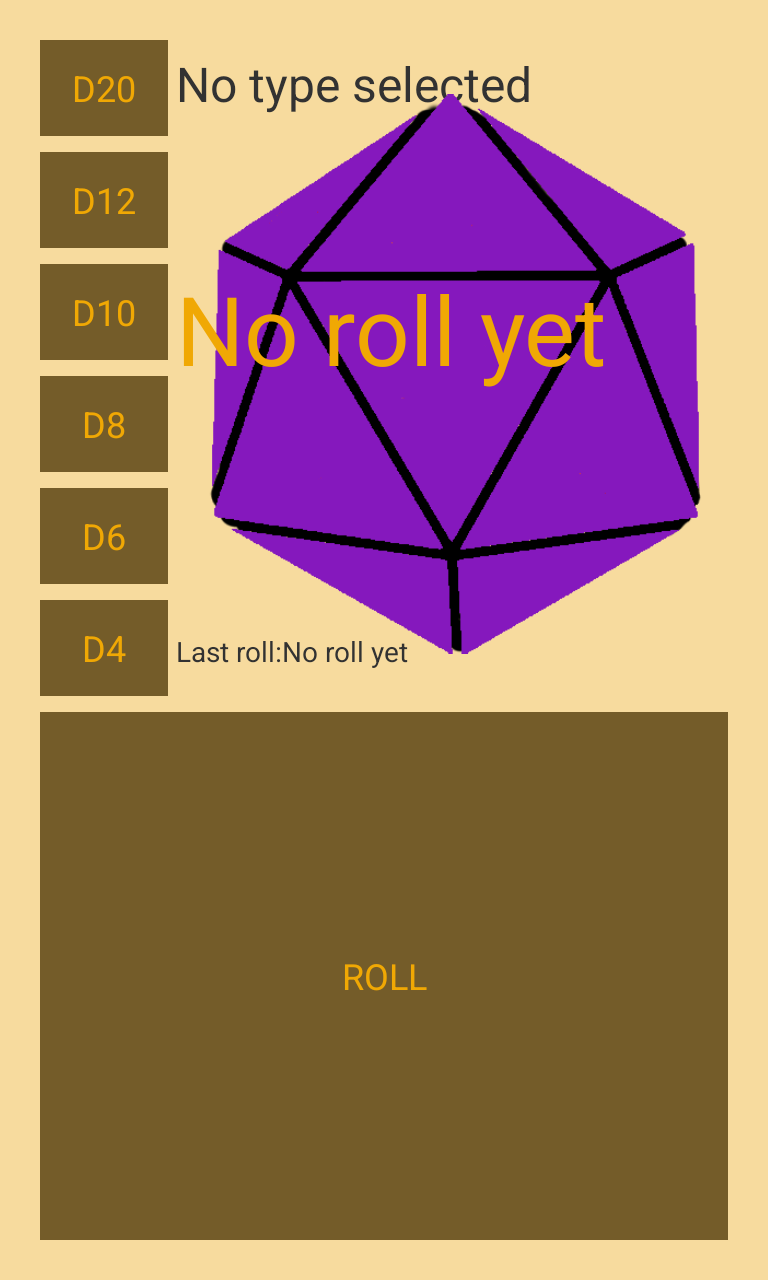
Repository: Bjodol/Roller
Layout: Roller3/res/layout/activity_main.xml
An editor plug-in stored every save of this project. The layout is shown before and after the next save, followed by the edit.
It is drawn on a 768 x 1280 px phone screen (xhdpi) without system bars, with theme AppTheme; the app's code is not run. The app's manifest (not shown) leaves right-to-left support off. So textAlignment, textDirection and layoutDirection are ignored, and left and right values win over start and end ones.

Above is the layout before, as saved 2013-08-31 09:31:52.

After the next save:
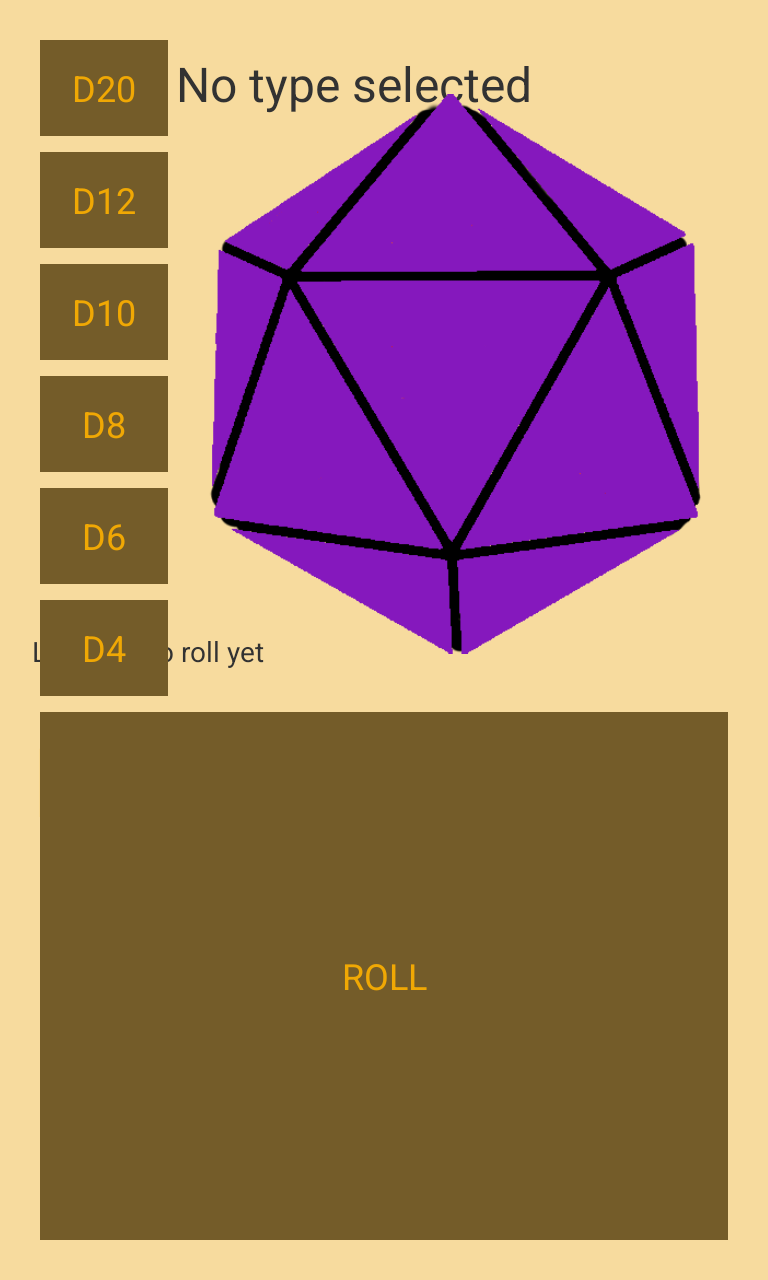
Saved 105 s later.
--- a/Roller3/res/layout/activity_main.xml
+++ b/Roller3/res/layout/activity_main.xml
@@ -43,9 +43,7 @@
         android:id="@+id/dice_throw"
         android:layout_width="wrap_content"
         android:layout_height="wrap_content"
-        android:layout_alignBottom="@+id/d6"
-        android:layout_alignTop="@+id/d10"
-        android:layout_toRightOf="@id/d20"
+        android:layout_below="@id/purpleDice"
         android:text="@string/noRolls"
         android:textAlignment="center"
         android:textSize="48sp"
